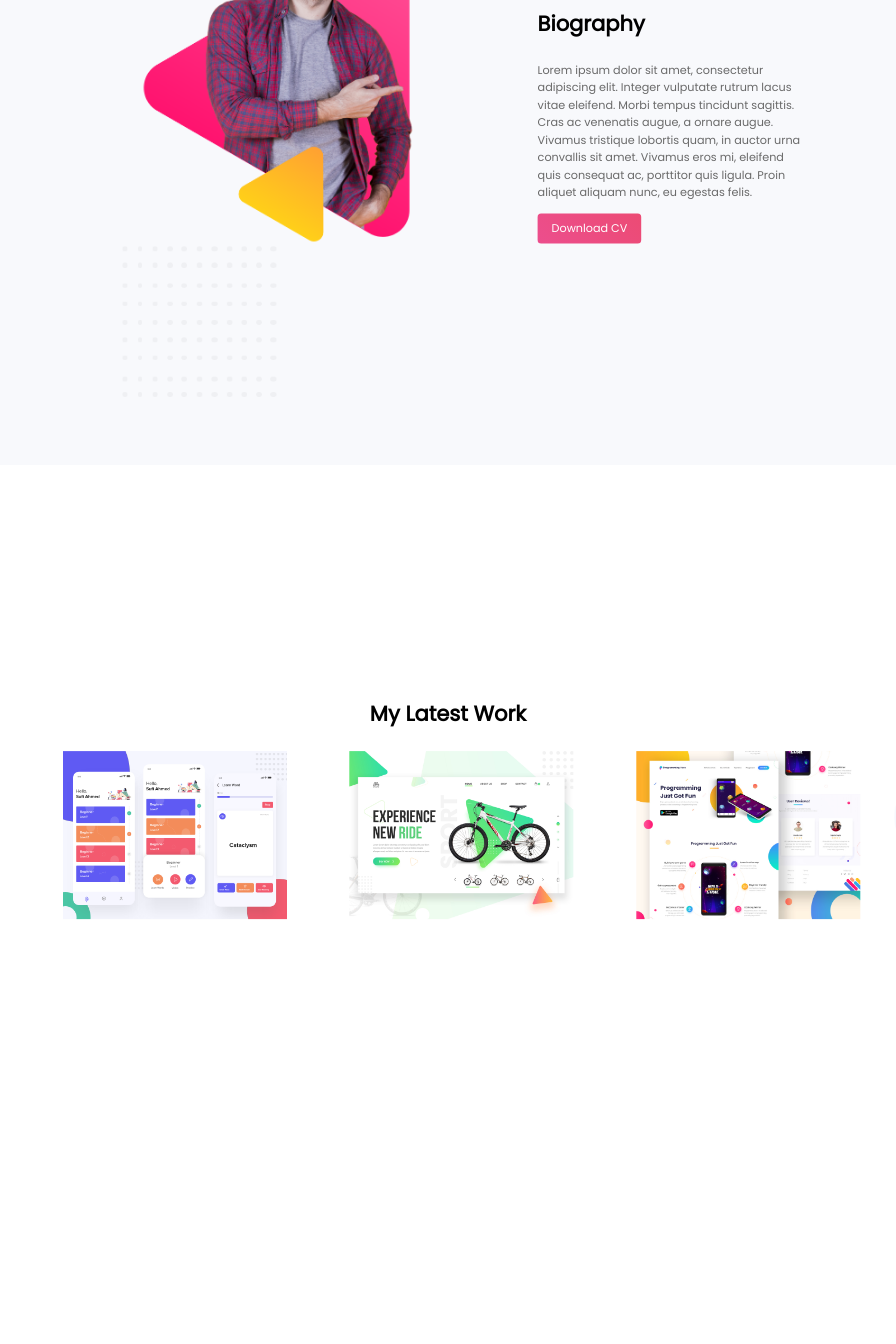
Repository: mohsinfarabi/personal-website
Page: index.html
The author's editor kept a copy of each file at every save. The page is drawn from the files as they stood at one save, then again after the next save.
The browser window is 1280 px wide. The pictures show the part of the page from y = 1260 to 3180 px (the page is 3180 px tall), at 70% of full size.

Above is the page before, as saved 2020-07-01 16:25:40.

After the next save:
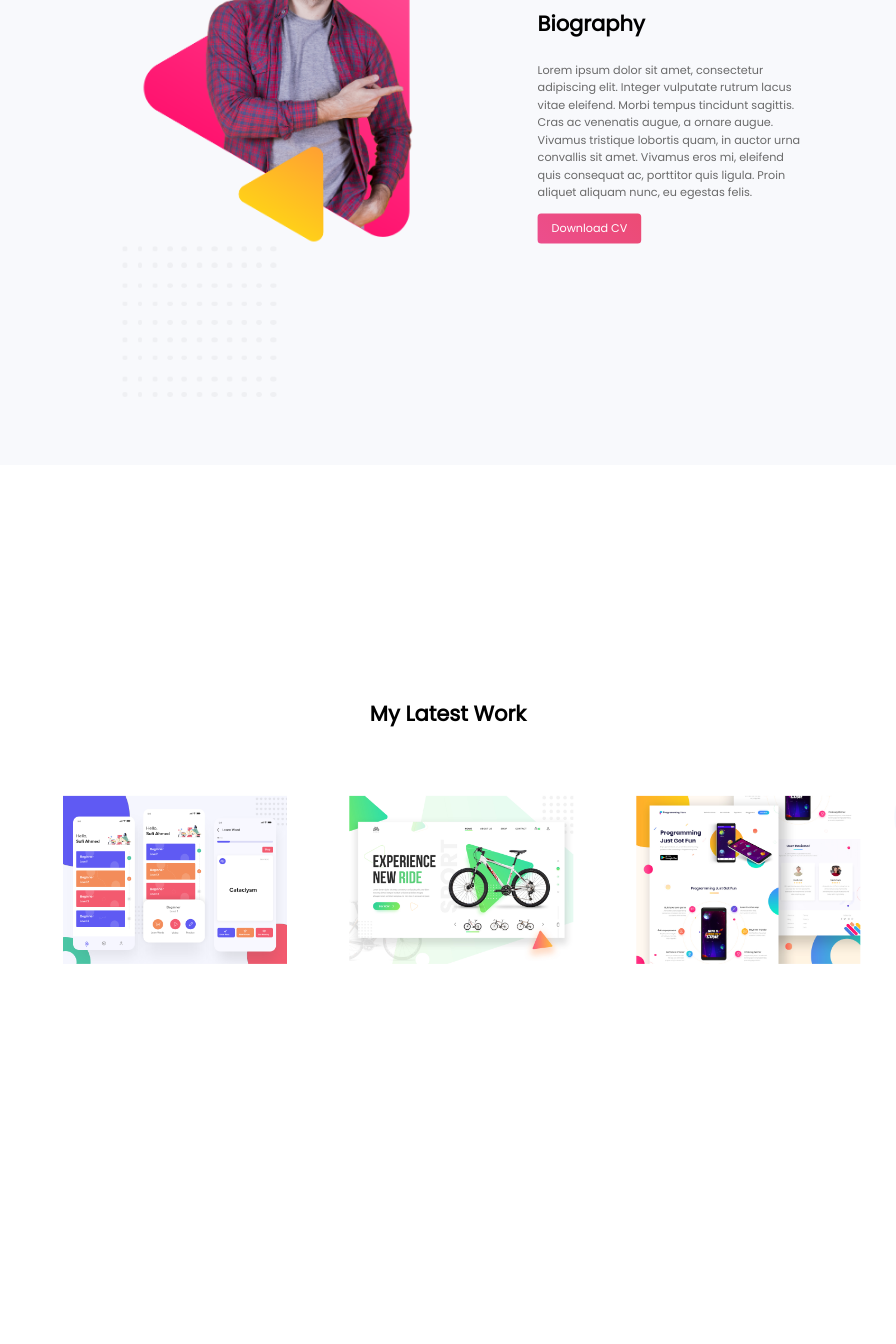
Saved 19 s later.
--- a/style.css
+++ b/style.css
@@ -55,6 +55,7 @@ p {
     float: left;
     margin-left: 2%;
     padding-left: 5%;
+    padding-top: 5%;
 }
 
 .showcase-width img {
